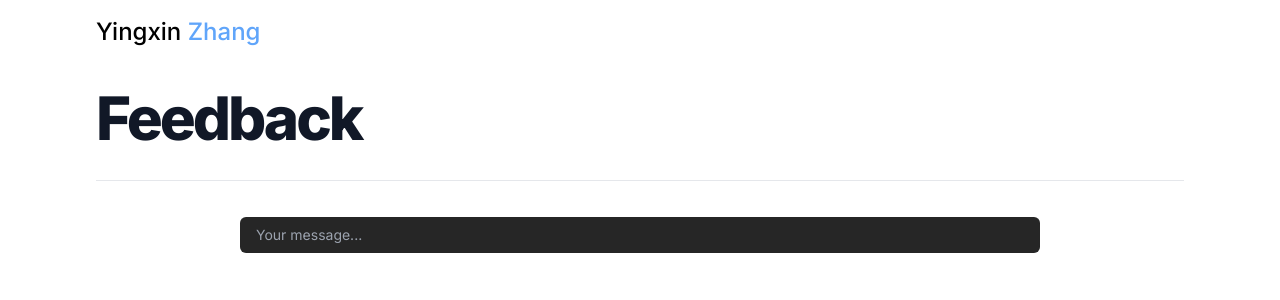
Repository: Tracy-maker/projects_collection
Page: /feedback
An editor plug-in stored every save of this project. The page is shown before and after the next save, followed by the edit.
The browser window is 1280 px wide. The pictures show the whole page.
The project was rebuilt for these pictures with package versions that can differ from the ones it lists, and the page was loaded fresh each time. The framework's server and built-in components were replaced by stand-ins that run in the browser. Also part of the build but not shown: next.config.js.

Above is the page before, as saved 2023-09-16 21:26:34.

### app/layout.tsx
import "./globals.css";
import type { Metadata } from "next";
import { Inter } from "next/font/google";
import Navbar from "./components/NavBar";
import { Provider } from "./components/Provider";

const inter = Inter({ subsets: ["latin"] });

export const metadata: Metadata = {
  title: "Create Next App",
  description: "Generated by create next app",
};

export default function RootLayout({
  children,
}: {
  children: React.ReactNode;
}) {
  return (
    <html lang="en" suppressHydrationWarning>
      <body
        className={`${inter.className} bg-white text-black dark:bg-[#090908] dark:text-white h-full selection:bg-gray-500 dark:selection:bg-gray-800`}
      >
        <Provider>
          <Navbar />
          <main className="max-w-6xl mx-auto px-6 sm:px-8 lg:px-8">
            {children}
          </main>
        </Provider>
      </body>
    </html>
  );
}

### app/feedback/page.tsx
import Form from "../components/Form";

export default function feedback() {
  return (
    <div className="divide-y divide-gray-200 dark:divide-gray-700">
      <div className="space-y-2 pt-6 pb-8 md:space-y-5">
        <h1 className="text-3xl font-extrabold leading-9 tracking-tighter text-gray-900 dark:text-gray-100 sm:text-4xl sm:leading-10 md:text-6xl md:leading-14">
          Feedback
        </h1>
      </div>
      <div className="w-full">
        <div className="max-w-[800px] mx-auto mt-8">
          <Form />
        </div>
      </div>
    </div>
  );
}

### app/components/NavBar.tsx
"use client";

import Link from "next/link";
import { usePathname } from "next/navigation";

export default function Navbar() {
  let pathname = usePathname() || "/";
  return (
    <div className="max-w-6xl mx-auto px-4 sm:px-6 lg:px-8">
      <div className="flex justify-between h-16">
        <div className="flex justify-between w-full">
          <div className="flex items-center">
            <Link href="/">
              <h1 className="text-2xl font-medium">
                Yingxin <span className="text-blue-400">Zhang</span>
              </h1>
            </Link>
          </div>

          <div className="hidden sm:ml-6 sm:flex sm:space-x-8 sm:items-center">
            <Link
              href="/"
              prefetch
              className={`${
                pathname === "/"
                  ? "border-blue-400 dark:text-white h-full inline-flex items-center px-1 pt-1 border-b-2 text-sm font-medium"
                  : "border-transparent text-gray-500 dark:text-gray-300 dark:hover:text-white inline-flex items-center px-1 pt-1 border-b-2 text-sm font-medium"
              }`}
            ></Link>
          </div>
        </div>
      </div>
    </div>
  );
}

### app/components/Provider.tsx
"use client";

import { ThemeProvider } from "next-themes";
import { ReactNode } from "react";

export function Provider({ children }: { children: ReactNode }) {
  return <ThemeProvider>{children}</ThemeProvider>;
}

### app/components/Form.tsx
export default function Form() {
  return (
    <form className="relative flex items-center text-sm mb-5">
      <input
        type="text"
        placeholder="Your message..."
        name="entry"
        required
        className="pl-4 pr-32 py-2 mt-1 focus:ring-blue-500 focus:border-blue-500 block w-full border-neutral-300 rounded-md bg-gray-100 dark: bg-neutral-800 text-neutral-900 dark:text-neutral-100"
      />
    </form>
  );
}

### tailwind.config.ts
import type { Config } from "tailwindcss";

const config: Config = {
  content: [
    "./pages/**/*.{js,ts,jsx,tsx,mdx}",
    "./components/**/*.{js,ts,jsx,tsx,mdx}",
    "./app/**/*.{js,ts,jsx,tsx,mdx}",
  ],
  darkMode: "class",
  theme: {
    extend: {
      backgroundImage: {
        "gradient-radial": "radial-gradient(var(--tw-gradient-stops))",
        "gradient-conic":
          "conic-gradient(from 180deg at 50% 50%, var(--tw-gradient-stops))",
      },
    },
  },
  plugins: [],
};
export default config;

Loaded but not shown: app/globals.css (common file)

After the next save:
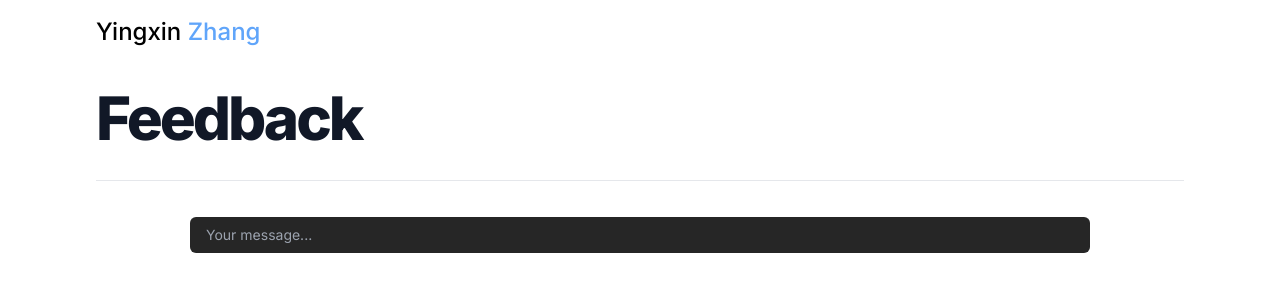
Saved 5 s later.
--- a/app/feedback/page.tsx
+++ b/app/feedback/page.tsx
@@ -9,7 +9,7 @@
         </h1>
       </div>
       <div className="w-full">
-        <div className="max-w-[800px] mx-auto mt-8">
+        <div className="max-w-[900px] mx-auto mt-8">
           <Form />
         </div>
       </div>

After the save that followed:
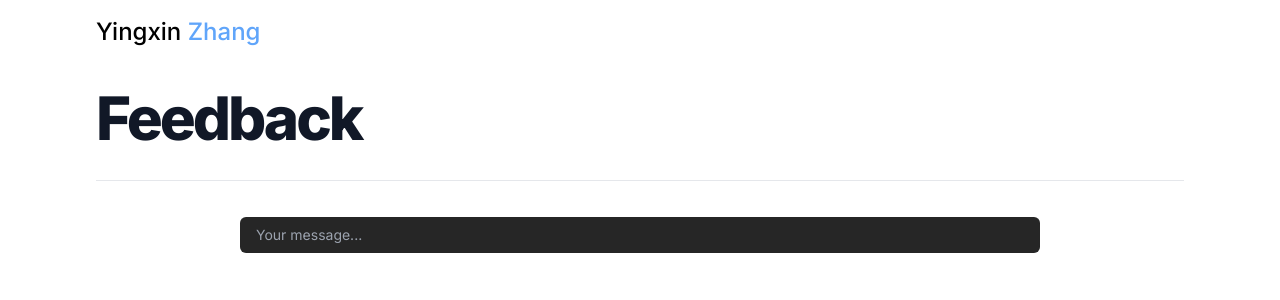
Saved 3 min 42 s later.
--- a/app/feedback/page.tsx
+++ b/app/feedback/page.tsx
@@ -9,7 +9,7 @@
         </h1>
       </div>
       <div className="w-full">
-        <div className="max-w-[900px] mx-auto mt-8">
+        <div className="max-w-[800px] mx-auto mt-8">
           <Form />
         </div>
       </div>
